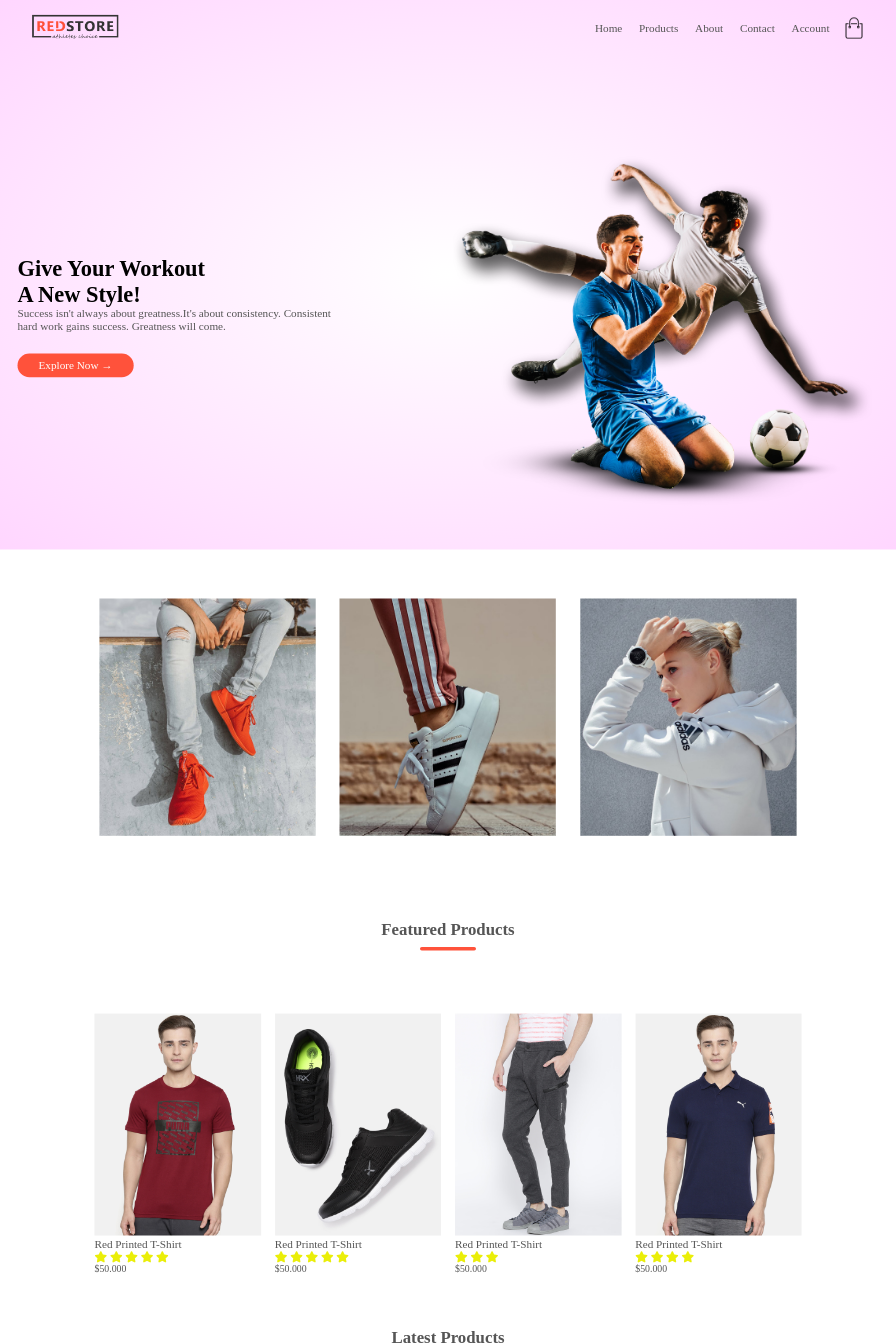
Repository: tuan21052000/Frontend
Page: index.html
An editor plug-in stored every save of this project. The page is shown before and after the next save, followed by the edit.
The browser window is 1280 px wide. The pictures show the part of the page from y = 0 to 1920 px (the page is 4529 px tall before and 4639 px after), at 70% of full size.

Above is the page before, as saved 2022-05-09 22:07:02.

After the next save:
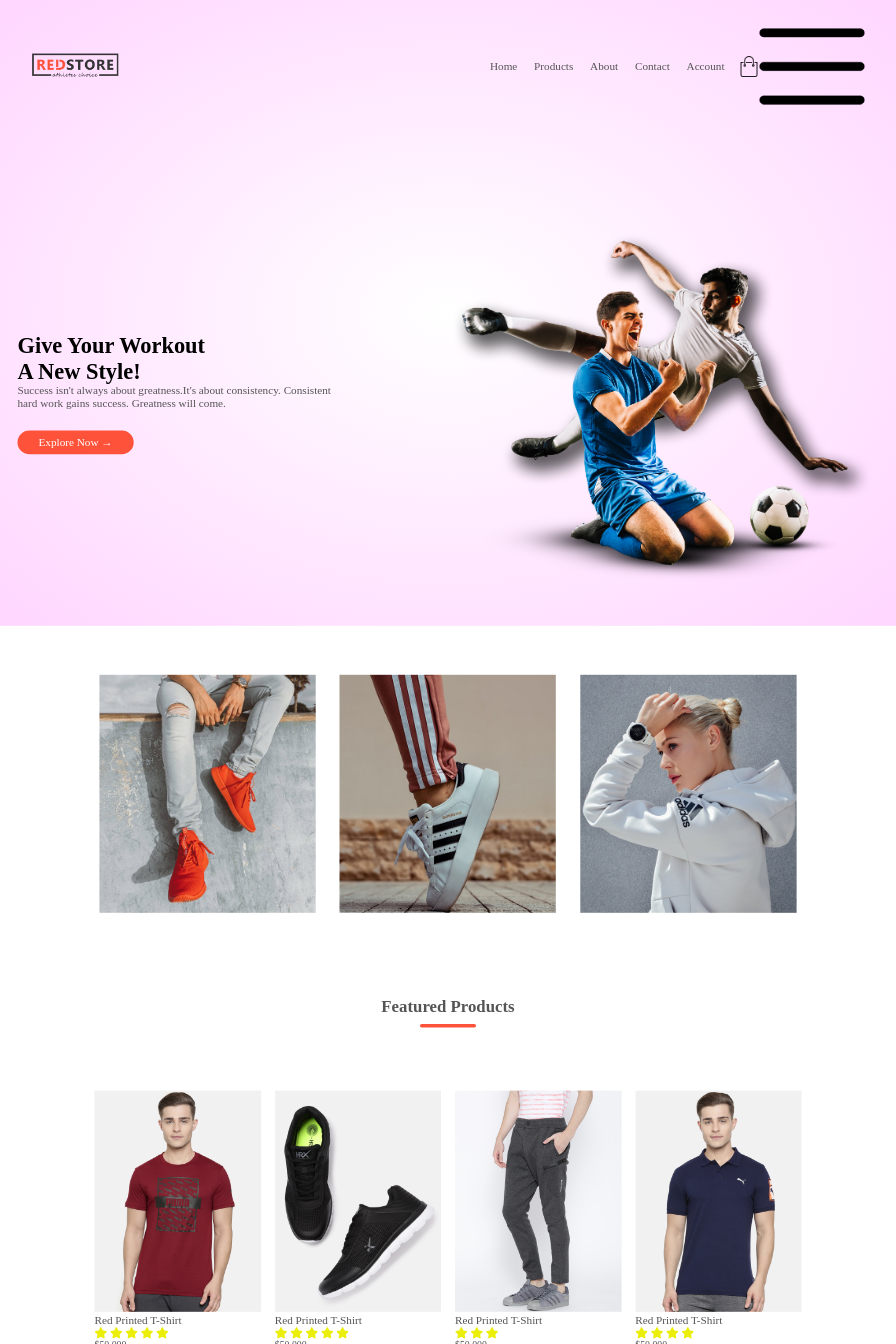
Saved 26 min 45 s later.
--- a/index.html
+++ b/index.html
@@ -28,6 +28,7 @@
                 </ul>
             </nav>
             <img src="images/cart.png" width="30px" height="30px">
+            <img src="images/menu.png">
         </div>
         <div class="row">
             <div class="col-2">

After the 2 saves that followed:
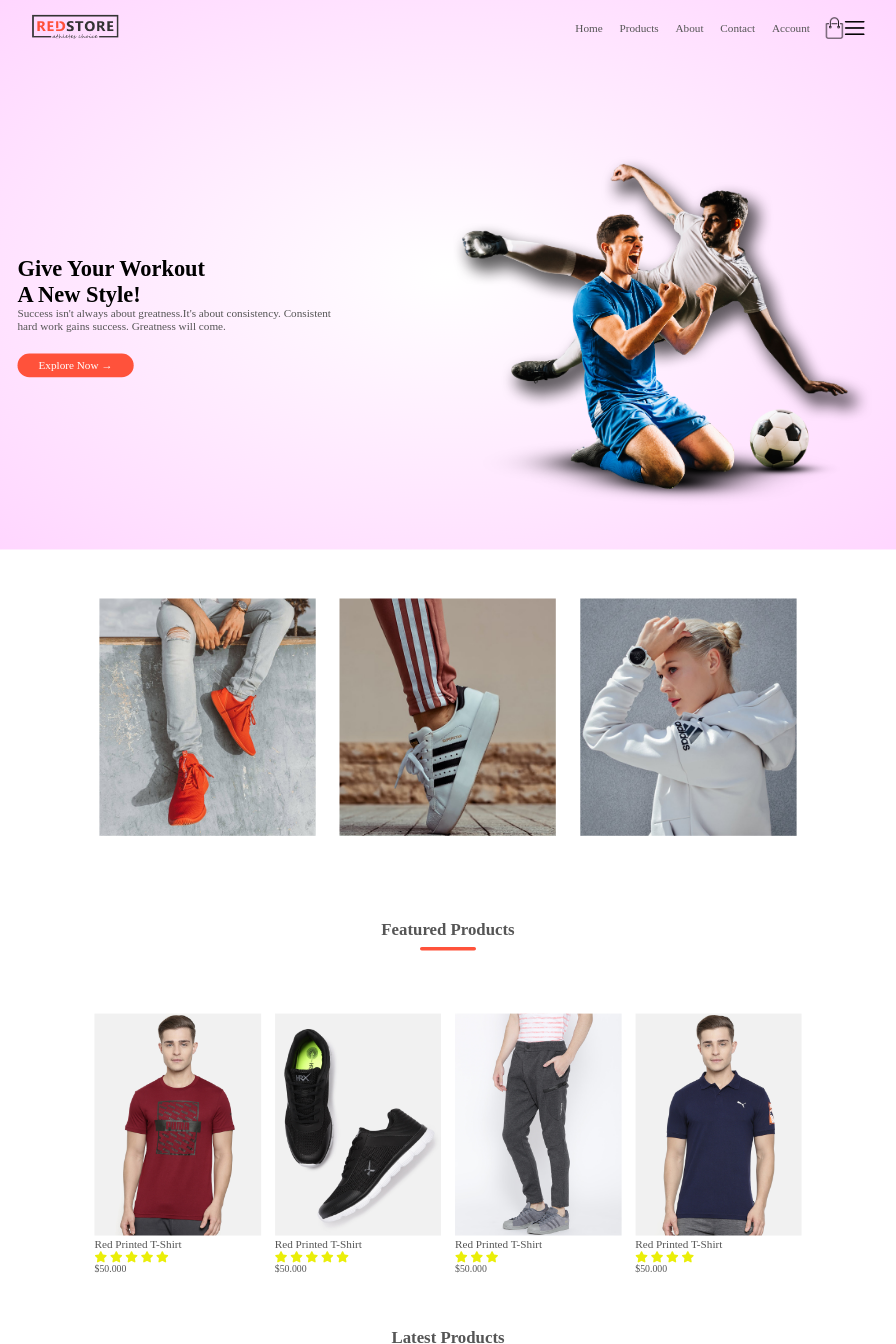
The 2 saves are shown as one change because 1 left the picture as it was.
The last was saved 42 s later.
--- a/index.html
+++ b/index.html
@@ -28,7 +28,7 @@
                 </ul>
             </nav>
             <img src="images/cart.png" width="30px" height="30px">
-            <img src="images/menu.png">
+            <img src="images/menu.png" class="menu-icon">
         </div>
         <div class="row">
             <div class="col-2">
--- a/style.css
+++ b/style.css
@@ -235,3 +235,6 @@
 .copyright{
     text-align: center;
 }
+.menu-icon{
+    width: 28px;
+}
